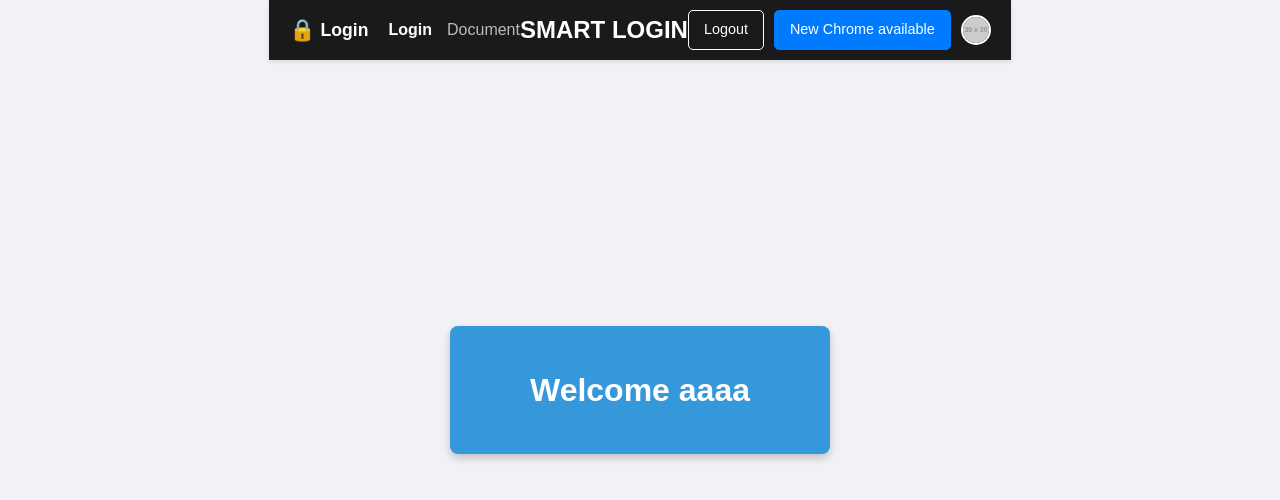
Repository: bodajava/TASK-4
Page: theerdIndex.html
The author's editor kept a copy of each file at every save. The page is drawn from the files as they stood at one save, then again after the next save.
The browser window is 1280 px wide. The pictures show the whole page.

Above is the page before, as saved 2025-06-18 04:10:40.

After the next save:
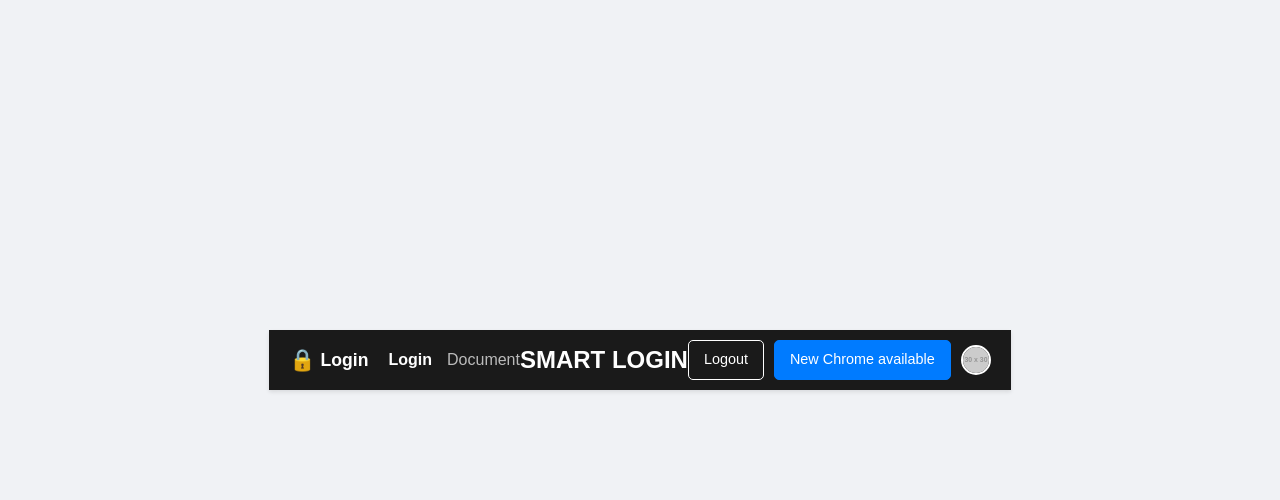
Saved 77 s later.
--- a/theerdIndex.html
+++ b/theerdIndex.html
@@ -28,14 +28,14 @@
         <button class="btn logout-btn">Logout</button>
         <button class="btn chrome-btn">New Chrome available</button>
         <div class="user-avatar">
-          <img src="https://via.placeholder.com/30" alt="User Avatar" />
+          <img
+            src="https://via.placeholder.com/30/cccccc/000000?text=U"
+            alt="User Avatar"
+          />
         </div>
       </div>
     </nav>
 
-    <div class="content">
-      <div class="welcome-box">Welcome aaaa</div>
-    </div>
     <script src="js/bootstrap.bundle.min.js"></script>
     <script src="js/index.js"></script>
   </body>
